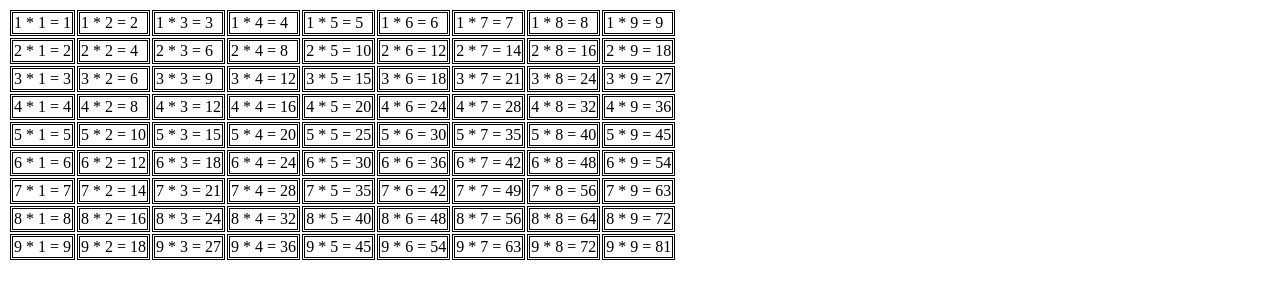
Repository: Jipumpkin/WebServer
Page: http://localhost/JSP2/googoo.jsp
These files come from the project's save history. The page is drawn as it stood at one moment and after the next save; the edit follows.
The browser window is 1280 px wide. The pictures show the whole page.
The page is served by Tomcat 9.

Above is the page before, as saved 2024-08-07 02:31:35.

After the next save:
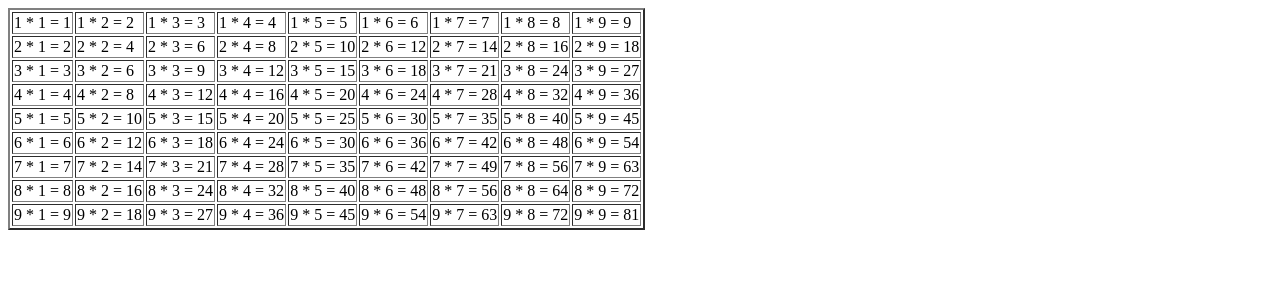
Saved 23 s later.
--- a/JSP2/src/main/webapp/googoo.jsp
+++ b/JSP2/src/main/webapp/googoo.jsp
@@ -6,14 +6,12 @@
 <meta charset="EUC-KR">
 <title>Insert title here</title>
 <style>
-	td {
-		border:double;
-	}
+
 </style>
 </head>
 <body>
 
-    <table>
+    <table border="2px solid">
     	<% for(int i=1; i<10; i++) { %>
         <tr>
         	<%for(int j = 1; j<10; j++) { %>
